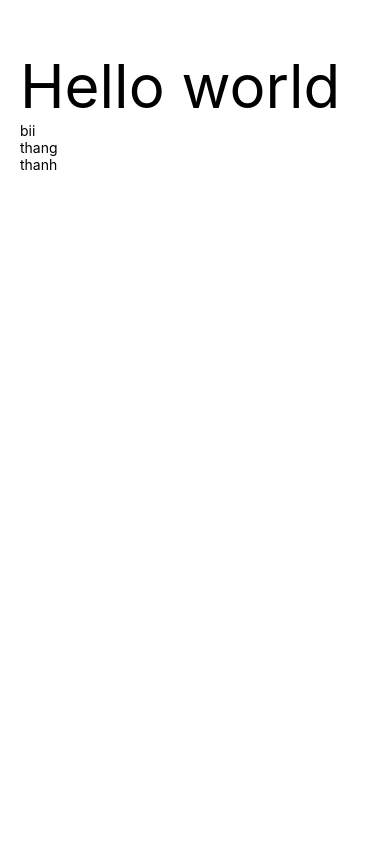
Repository: Ducbii4202/React-Native
Screen: /
The author's editor kept a copy of each file at every save. The screen is drawn from the files as they stood at one save, then again after the next save.
The app was drawn by React Native's web renderer in a window 390 px wide. The project was rebuilt for these pictures with package versions that can differ from the ones it lists, and the page was loaded fresh each time.

Above is the screen before, as saved 2024-09-15 17:24:10.

### App.tsx

import { useState } from 'react';
import { Button, StyleSheet, Text, TextInput, View } from 'react-native';

export default function App() {
  const [student, setStudent] = useState([
    {
      id: 1,
      name: 'bii',
      age: 18,
    },{
      id: 2,
      name: 'thang',
      age: 20,
    },{
      id: 3,
      name: 'thanh',
      age: 21,
    },
  ])

  return (
    <View style={styles.container}>
      <Text style={{fontSize: 60}}>Hello world</Text>
      <View>
        {student.map(item => {
          return (
            <View key={item.id}>
              <Text>
                {item.name}
              </Text>
            </View>
          )
        })}
    </View>
    </View>
  );
}


//css in js
const styles = StyleSheet.create({
  container: {
    flex: 1,
    backgroundColor: '#fff',
    paddingTop: 50,
    paddingHorizontal: 20,
    // alignItems: 'center',
    // justifyContent: 'center',
  },

});

After the next save:
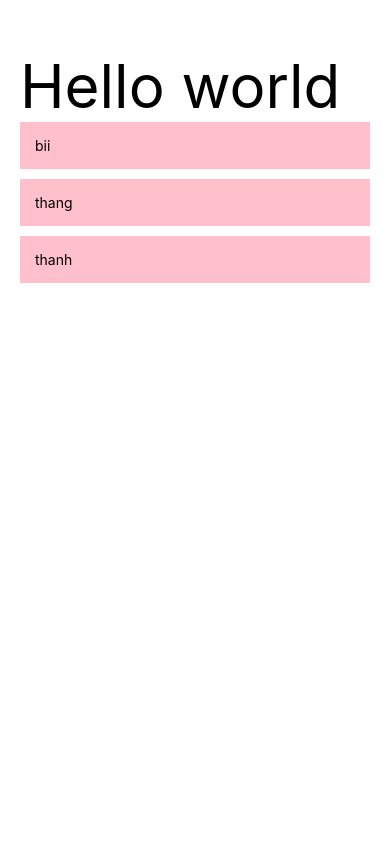
Saved 3 min 36 s later.
--- a/App.tsx
+++ b/App.tsx
@@ -25,7 +25,11 @@ export default function App() {
       <View>
         {student.map(item => {
           return (
-            <View key={item.id}>
+            <View key={item.id} style={{
+              padding: 15,
+              backgroundColor: 'pink',
+              marginBottom: 10,
+            }}>
               <Text>
                 {item.name}
               </Text>
